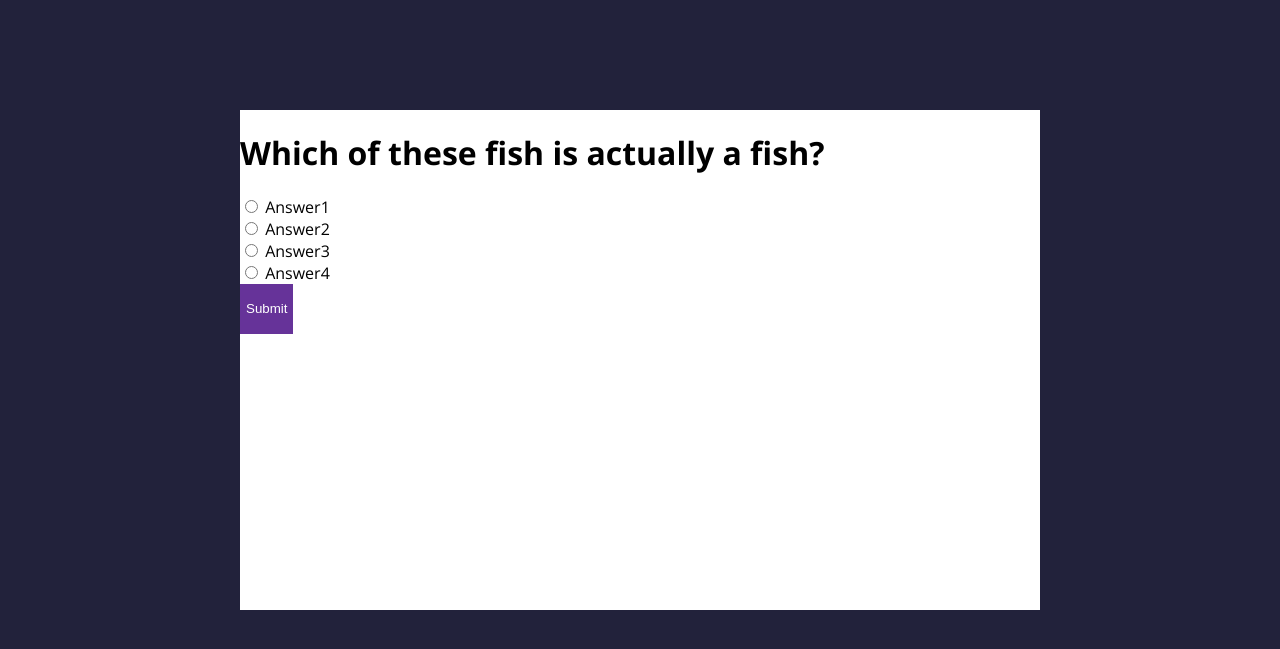
Repository: Wanglongzhi2001/Learn-javascript
Page: quiz/quiz.html
These files come from the project's save history. The page is drawn as it stood at one moment and after the next save; the edit follows.
The browser window is 1280 px wide. The pictures show the whole page.

Above is the page before, as saved 2023-02-02 18:02:28.

### quiz/quiz.html
<html lang="en">
<head>
    <meta charset="UTF-8">
    <meta http-equiv="X-UA-Compatible" content="IE=edge">
    <meta name="viewport" content="width=device-width, initial-scale=1.0">
    <!-- 使用谷歌字体 -->
    <link
      href="https://fonts.googleapis.com/css2?family=Open+Sans:wght@300;400;500;600;700;800&display=swap"
      rel="stylesheet"
    />
    <link rel="stylesheet" href="./quiz.css">
    <title>quiz project</title>
</head>
<body>
    <div class="container">
        <div class="game">
            <div class="content">
                <h1 class="question">Which of these fish is actually a fish?</h1>
                <div class="ansers">
                    <div class="anser">
                        <input type="radio" id="answer1" value="false">
                        <label for="answer1">Answer1</label>
                    </div>
                </div>
                <div class="ansers">
                    <div class="anser">
                        <input type="radio" id="answer2" value="false">
                        <label for="answer2">Answer2</label>
                    </div>
                </div>
                <div class="ansers">
                    <div class="anser">
                        <input type="radio" id="answer3" value="false">
                        <label for="answer3">Answer3</label>
                    </div>
                </div>
                <div class="ansers">
                    <div class="anser">
                        <input type="radio" id="answer4" value="false">
                        <label for="answer4">Answer4</label>
                    </div>
                </div>
            </div>
            <button class="submit">Submit</button>
        </div>
        <div class="result">
            <h1>Congratulations</h1>
            <h3 class="correct">Correct Answers: 0</h3>
            <h3 class="wrong">Wrong Answers: 0</h3>
            <h2 class="score">Score: -30</h2>
            <button class="play">Play Again</button>
        </div>
    </div>
    <script src="./quiz.js"></script>
</body>
</html>

### quiz/quiz.css
body{
    background-color: #22223b;
    display: flex;
    align-items: center;
    justify-content: center;
    font-family: 'Open Sans', sans-serif;
}

.container{
    width: 800px;height: 500px;
    background-color: white;
}

/* 使用绝对位置调整submit按钮位置 */
.submit{
    background-color: rebeccapurple;
    color: white;
    border: none;
    cursor: pointer;
    widows: 100%;;
    height: 50px;
}
.result{
    display: none;
}

Loaded but not shown: quiz/quiz.js (no stored copy; drawn as an empty file)

After the next save:
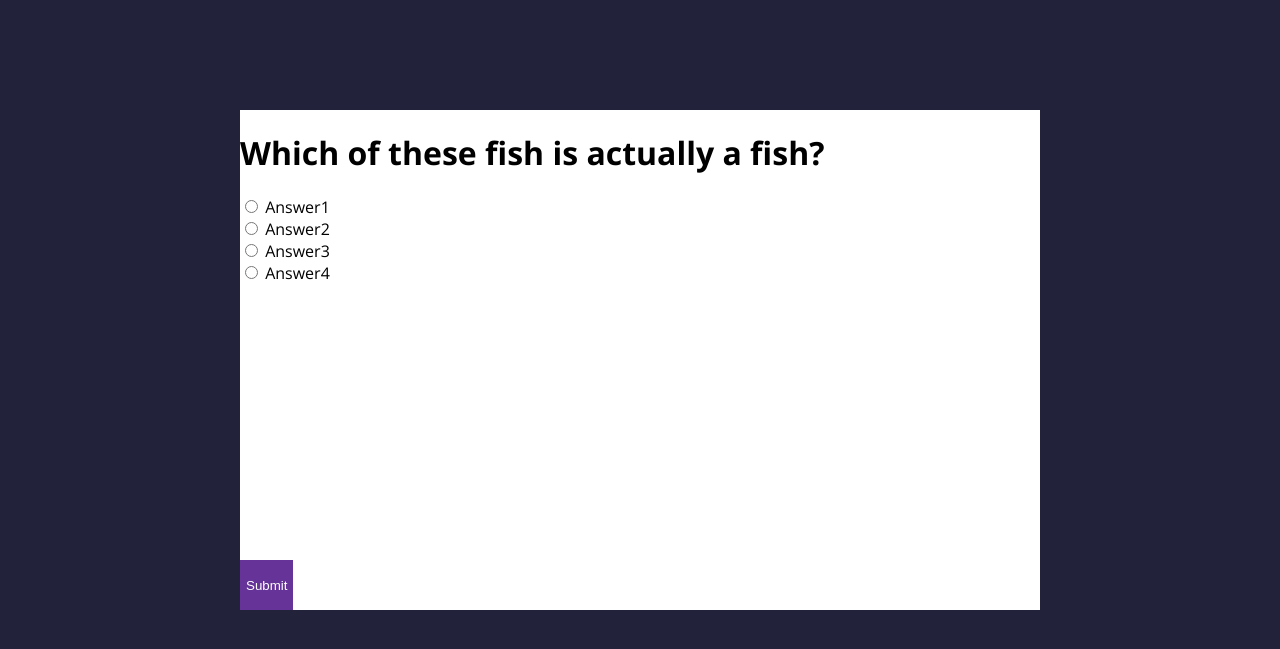
Saved 76 s later.
--- a/quiz/quiz.css
+++ b/quiz/quiz.css
@@ -7,8 +7,10 @@ body{
 }
 
 .container{
-    width: 800px;height: 500px;
+    width: 800px;
+    height: 500px;
     background-color: white;
+    position: relative;
 }
 
 /* 使用绝对位置调整submit按钮位置 */
@@ -19,6 +21,8 @@ body{
     cursor: pointer;
     widows: 100%;;
     height: 50px;
+    position:absolute;
+    bottom: 0;
 }
 .result{
     display: none;
